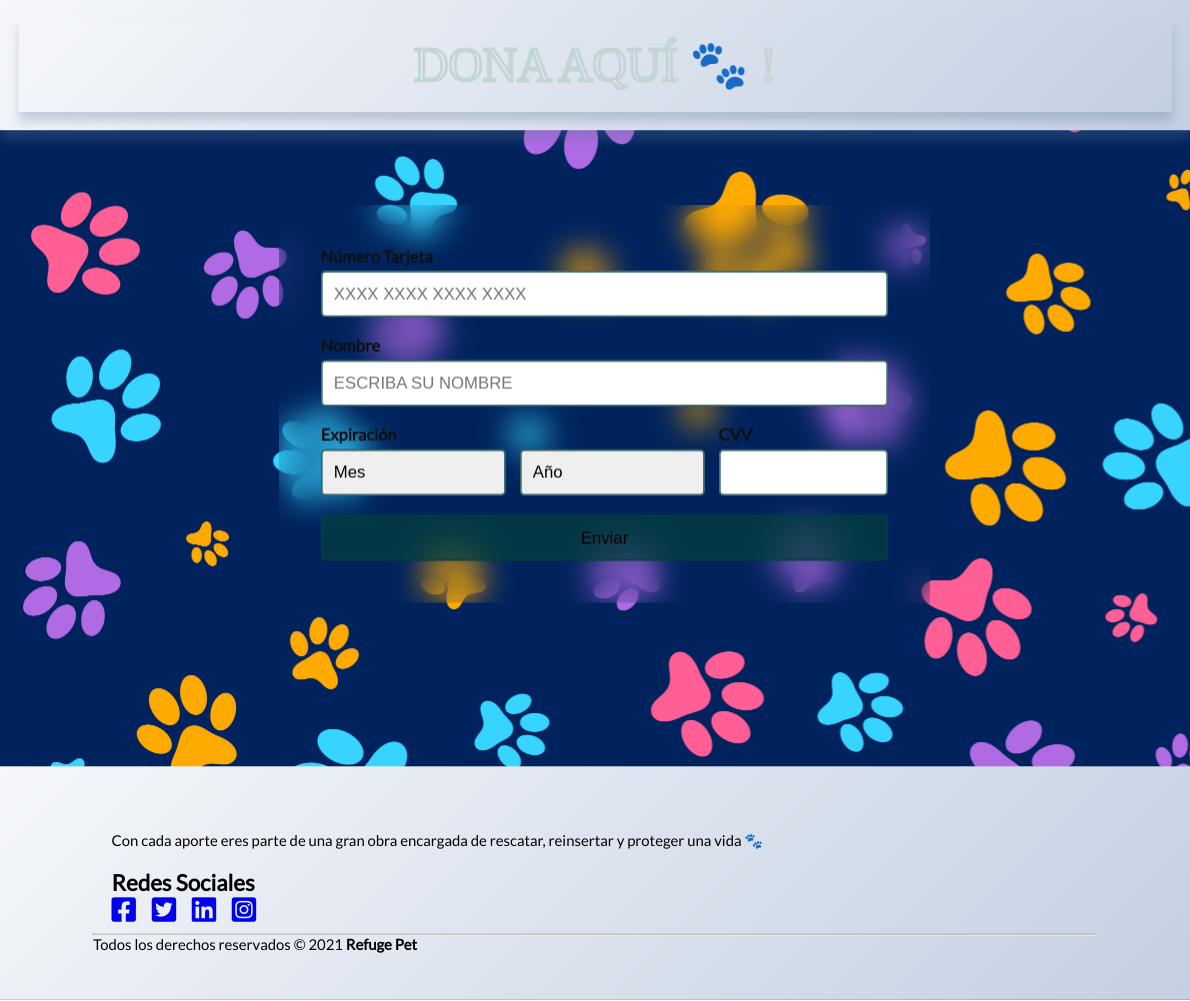
Repository: andreasvidal/SCL019-card-validation
Page: src/views/cardvalidation.html
The author's editor kept a copy of each file at every save. The page is drawn from the files as they stood at one save, then again after the next save.
The browser window is 1280 px wide. The pictures show the whole page, at 93% of full size.
Some web fonts or font styles are not loaded; a fallback is used. Some web libraries are served in a nearby version.

Above is the page before, as saved 2022-04-13 09:58:24.

### src/views/cardvalidation.html
<!DOCTYPE html>
<html lang="en">

<head>
    <meta charset="UTF-8" />
    <meta http-equiv="X-UA-Compatible" content="IE=edge" />
    <meta name="viewport" content="width=device-width, initial-scale=1.0" />
    <link rel="preconnect" href="https://fonts.googleapis.com" />
    <link rel="preconnect" href="https://fonts.gstatic.com" crossorigin />
    <link href="https://fonts.googleapis.com/css2?family=Lato:ital,wght@0,400;1,700&display=swap" rel="stylesheet" />
    <link rel="preconnect" href="https://fonts.googleapis.com" />
    <link rel="preconnect" href="https://fonts.gstatic.com" crossorigin />
    <link href="https://fonts.googleapis.com/css2?family=Hurricane&family=Lato:ital,wght@1,700&display=swap" rel="stylesheet" />
    <link rel="stylesheet" href="https://use.fontawesome.com/releases/v5.8.1/css/all.css" integrity="sha384-50oBUHEmvpQ+1lW4y57PTFmhCaXp0ML5d60M1M7uH2+nqUivzIebhndOJK28anvf" crossorigin="anonymous" />
    <link rel="stylesheet" href="../css/formstyle.css" />
    <link rel="stylesheet" href="../css/style.css" />
    <title>Formulario</title>
</head>

<!--contenido principal formulario-->

<body>
    <div class="subtitle">
        <p class="subtitle">DONA AQUÍ 🐾 !</p>
    </div>
    <form id="formValidation" class="form-validation">
        <div class="bg-blur">
            <div class="data-card" id="dataForm">
                <label for="inputNumber">Número Tarjeta</label>
                <input type="text" id="inputNumber" name="number" maxlength="16" autocomplete="off" pattern="[0-9]+" placeholder="XXXX XXXX XXXX XXXX" required />
                <h5 id="print"></h5>
            </div>
            <div class="data-card">
                <label for="inputNameUser">Nombre </label>
                <input type="text" id="inputNameUser" name="nameUser" placeholder="Escriba su nombre" required />
                <h5 id="print"></h5>
            </div>
            <!--datos expiración tarjeta-->
            <div class="flexbox">
                <div class="data-card expider-date">
                    <label for="monthSelect">Expiración</label>
                    <div class="flexbox">
                        <div class="data-card-select">
                            <select name="monthSelect" id="monthSelect" required>
                <option disabled selected>Mes</option>
                <option value="1">1</option>
                <option value="2">2</option>
                <option value="3">3</option>
                <option value="4">4</option>
                <option value="5">5</option>
                <option value="6">6</option>
                <option value="7">7</option>
                <option value="8">8</option>
                <option value="9">9</option>
                <option value="10">10</option>
                <option value="11">11</option>
                <option value="12">12</option>
              </select>
                        </div>
                        <div class="data-card-select">
                            <select name="yearSelect" id="yearSelect" required>
                <option disabled selected>Año</option>
                <option value="2">2014</option>
                <option value="5">2015</option>
                <option value="6">2016</option>
                <option value="7">2017</option>
                <option value="8">2018</option>
                <option value="9">2019</option>
                <option value="10">2020</option>
                <option value="11">2021</option>
                <option value="12">2022</option>
              </select>
                        </div>
                    </div>
                </div>
                <div class="data-card ccv">
                    <label for="inputCcv">CVV</label>
                    <input type="text" id="inputCcv" name="inputCcv" maxlength="3" required />
                </div>
            </div>
            <button type="submit" value="sendForm" class="btn-send" id="sendForm">
        Enviar
      </button>
        </div>
    </form>
    <footer>
        <div class="container__footer">
            <div class="box__footer">
                <div class="terms">
                    <p>
                        Con cada aporte eres parte de una gran obra encargada de rescatar, reinsertar y proteger una vida 🐾
                    </p>
                </div>
            </div>
            <div class="box__footer">
                <h2>Redes Sociales</h2>
                <a href="#"> <i class="fab fa-facebook-square"></i></a>
                <a href="#"><i class="fab fa-twitter-square"></i></a>
                <a href="#"><i class="fab fa-linkedin"></i></a>
                <a href="#"><i class="fab fa-instagram-square"></i></a>
            </div>
        </div>
        <div class="box__copyright">
            <hr />
            <p>Todos los derechos reservados © 2021 <b>Refuge Pet</b></p>
        </div>
    </footer>
    <!-- jQuery-->
    <script src="https://ajax.googleapis.com/ajax/libs/jquery/3.6.0/jquery.min.js"></script>
    <!--materialize -->
    <!--JS-->
    <script src="../js/index.js" type="module"></script>
</body>

</html>

### src/css/formstyle.css
* {
    padding: 0;
    margin: 0;
    box-sizing: border-box;
}

body {
    font-family: 'Lato', 'sans-serif';
    background-image: url(../assets/img/fondopatas.jpg);
    background-size: cover;
    background-repeat: no-repeat;
}


/*estilos formulario validacion*/

.form-validation {
    color: beige;
    width: 100%;
    max-width: 700px;
    margin-left: 300px;
    border-radius: 10px;
    position: relative;
    top: 80px;
    z-index: 1;
}

.bg-blur {
    backdrop-filter: blur(1rem);
    width: 100%;
    padding: 45px;
}

.form-validation label {
    display: block;
    color: rgb(15, 15, 15);
    margin-bottom: 5px;
    font-size: 1.1rem;
    font-weight: 700;
}

.form-validation input,
.form-validation select,
.btn-send {
    border: 2px solid rgba(4, 63, 63, 0.753);
    font-size: 18px;
    height: 50px;
    width: 100%;
    padding: 5px 12px;
    border-radius: 5px;
}

.form-validation input:hover,
.form-validation select:hover {
    border: 2px solid rgb(23, 24, 24);
}

.form-validation input:focus,
.form-validation select:focus {
    outline: rgb(173, 182, 182);
    box-shadow: 0 8px 8px 0 rgba(32, 38, 46, 0.3);
}

.form-validation input {
    margin-bottom: 20px;
    text-transform: uppercase;
}

.form-validation .flexbox {
    display: flex;
    justify-content: space-between;
}

.form-validation .expider-date {
    width: 100%;
}

.form-validation .ccv {
    min-width: 10px;
}

.form-validation .data-card-select {
    width: 100%;
    margin-right: 15px;
    position: relative;
}

.form-validation select {
    -webkit-appearance: none;
}


/*backgrond btn enviar*/

.btn-send {
    background: rgba(4, 63, 63, 0.753);
    ;
}

.btn-send:hover {
    background-color: rgba(94, 126, 136, 0.651);
    cursor: pointer;
}

#print {
    color: rgb(38, 41, 41);
    font-size: 16px;
}


/*footer*/

.terms {
    height: 30px;
    margin-bottom: 50px;
}

footer {
    width: 100%;
    padding: 50px 100px;
    margin-top: 20%;
    background-size: cover;
    /*background: rgb(58, 89, 180);*/
    background-image: linear-gradient(135deg, #f5f7fa 0%, #c3cfe2 100%);
}

.box__footer {
    padding: 20px;
    height: 10px;
}

.fab {
    padding-right: 40px;
    width: 20px;
    height: 20px;
    font-size: 30px;
}

.box__copyright {
    padding-top: 50px;
}

### src/css/style.css
     * {
         padding: 0;
         margin: 0;
         box-sizing: border-box;
     }

     body {
         font-family: 'Lato', 'sans-serif';
         background-image: url(../assets/img/fondopatas.jpg);
     }
     /*estilo titulo*/

     .title-h1 {
         font-family: 'Raleway', sans-serif;
         text-decoration: underline overline wavy rgba(183, 0, 255, 0.514);
         padding: 40px 100px;
         color: rgb(74, 80, 80);
         display: flex;
         flex-direction: column;
         align-items: center;
         box-shadow: 0 10px 10px 0 rgba(90, 116, 148, 0.3);
         background-image: linear-gradient(135deg, #f5f7fa 0%, #c3cfe2 100%);
         font-size: 8vw;
     }

     .subtitle {
         font-family: 'Shadows Into Light', cursive;
         text-align: center;
         padding: 20px 20px;
         color: rgb(74, 80, 80);
         font-size: 4vw;
         -webkit-text-fill-color: transparent;
         -webkit-text-stroke: 3px rgb(195, 214, 214);
         background-image: linear-gradient(135deg, #f5f7fa 0%, #c3cfe2 100%);
         box-shadow: 0 10px 10px 0 rgba(90, 116, 148, 0.3);
     }

     .img-banner {
         display: flex;
         height: 500px;
         z-index: -1;
         flex-direction: row;
         margin-left: 50px;
         align-items: center;
         margin-bottom: -50px;
         border-radius: 15px;
     }
     /*contenedor tarjeta*/

     .container {
         width: 90%;
         max-width: 1000px;
         padding: 20px 60px;
         margin: auto;
         display: flex;
         /* deja los elementos en forma de columna*/
         flex-direction: column;
         /*align-items no sirve para centrar de forma vertical (se utiliza justify), se utiliza al cambiar la dirección con flex-direction*/
         align-items: center;
     }
     /*estilo tarjeta*/

     .card {
         padding-top: 30px;
         width: 100%;
         max-width: 550px;
         position: relative;
         color: rgb(37, 36, 36);
         cursor: pointer;
     }

     .card>div {
         padding: 30px;
         border-radius: 15px;
         min-height: 315px;
         display: flex;
         flex-direction: column;
         justify-content: space-between;
         box-shadow: 0 10px 10px 0 rgba(90, 116, 148, 0.822);
     }

     .style-card {
         width: 100%;
         background: url(../assets/img/background-card/bg-img-2.jpg);
         background-size: cover;
     }
     /*para mantener el espeacio de la imagen logo (contenedor vacio)*/

     .style-card .logo-card {
         text-align: right;
         min-height: 50px;
     }

     .style-card .logo-card img {
         width: 100%;
         height: 100%;
         object-fit: cover;
         max-width: 80px;
     }

     .style-card .chip-card {
         width: 100%;
         max-width: 50px;
         margin-bottom: 20px;
     }

     .style-card .form-group .card-label {
         font-size: 16px;
         color: rgb(115, 131, 131);
         margin-bottom: 5px;
     }

     .style-card .card-group .number-card,
     .style-card .card-group .name-card,
     .style-card .card-group .expider {
         /*color: rgb(74, 80, 80);*/
         font-size: 22px;
         text-transform: uppercase;
     }

     .style-card .flexbox {
         display: flex;
         justify-content: space-between;
         margin-top: 20px;
     }
     /*btn abrir formulario*/

     .btn-open {
         color: rgb(195, 214, 214);
         box-shadow: 0 10px 10px 0 rgba(90, 116, 148, 0.3);
         background: rgba(183, 0, 255, 0.514);
         width: 50px;
         height: 50px;
         margin-top: -10px;
         border-radius: 100%;
         z-index: 2;
     }

     .btn-open:hover {
         opacity: 0.50;
         -moz-opacity: .50;
         filter: alpha (opacity=50);
     }

     .btn-open {
         text-decoration: none;
         padding-top: 15px;
         text-align: center;
     }
     /*footer*/

     .terms {
         height: 30px;
         margin-bottom: 50px;
     }

     footer {
         width: 100%;
         padding: 50px 100px;
         margin-top: 20%;
         background-size: cover;
         /*background: rgb(58, 89, 180);*/
         background-image: linear-gradient(135deg, #f5f7fa 0%, #c3cfe2 100%);
         box-shadow: 0 10px 10px 0 rgba(90, 116, 148, 0.3);
     }

     .box__footer {
         padding: 20px;
         height: 10px;
     }

     .fab {
         padding-right: 40px;
         width: 20px;
         height: 20px;
         font-size: 30px;
     }

     .box__copyright {
         padding-top: 50px;
     }

### src/js/index.js
/*import validator from '../js/validator.js';

//Llamando al DOM

const btnForm = document.getElementById("sendForm");
const form = document.getElementById("#formValidation");
btnForm.addEventListener('click', function(e) {
    e.preventDefault();
    let creditCardNumber = document.getElementById('inputNumber').value;
    let maskified = validator.maskify(creditCardNumber);
    if (creditCardNumber === "") {
        return document.getElementById("print").innerHTML = "Reingrese su número de tarjeta sin espacios ni carácteres especiales";
    } else {
        return document.getElementById("print").innerHTML = "Tu tarjeta N° " + maskified + " es válida";
    }
})


// inputName solo letras, inputCcv y inputNumber  solo numeros
let inputNumber = document.getElementById('inputNumber');
let inputName = document.getElementById('inputNameUser');
let inputCcv = document.getElementById('inputCcv');

const onlyNum = /[^0-9]/g;
const onlypLet = /[^a-zA-ZÑñáéíóúÁÉÍÓÚ\s]*$/g;
inputNumber.addEventListener('input', function() {
    inputNumber.value = inputNumber.value.replace(onlyNum, '');
});
inputName.addEventListener('input', function() {
    inputName.value = inputName.value.replace(onlypLet, '');
});
inputCcv.addEventListener('input', function() {
    inputCcv.value = inputCcv.value.replace(onlyNum, '');
});

// mes y años
for (let i = 1; i <= 12; i++) {
    let optionDate = document.createElement('option');
    optionDate.value = i;
    optionDate.innerText = i;
    form.monthSelect.appendChild(optionDate);
}

// * Select del año generado dinamicamente.
const yearActual = new Date().getFullYear();
for (let i = yearActual; i <= yearActual + 8; i++) {
    let optionDate = document.createElement('option');
    optionDate.value = i;
    optionDate.innerText = i;
    optionDate.selectYear.appendChild(optionDate);
}*/

After the next save:
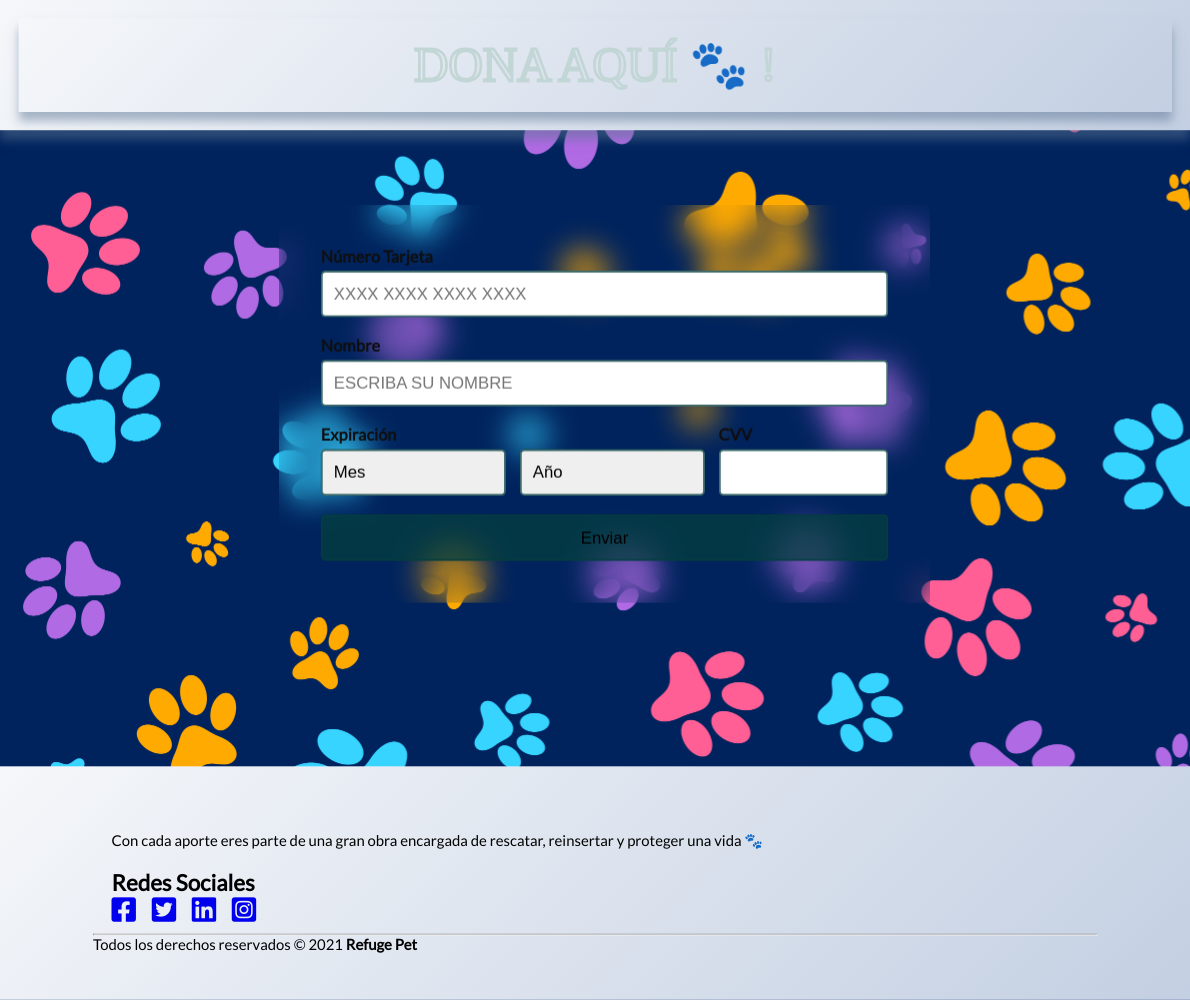
Saved 44 s later.
--- a/src/css/style.css
+++ b/src/css/style.css
@@ -32,7 +32,7 @@
          -webkit-text-fill-color: transparent;
          -webkit-text-stroke: 3px rgb(195, 214, 214);
          background-image: linear-gradient(135deg, #f5f7fa 0%, #c3cfe2 100%);
-         box-shadow: 0 10px 10px 0 rgba(90, 116, 148, 0.3);
+         box-shadow: 0 10px 10px 0 rgba(90, 116, 148, 0.5);
      }
 
      .img-banner {
